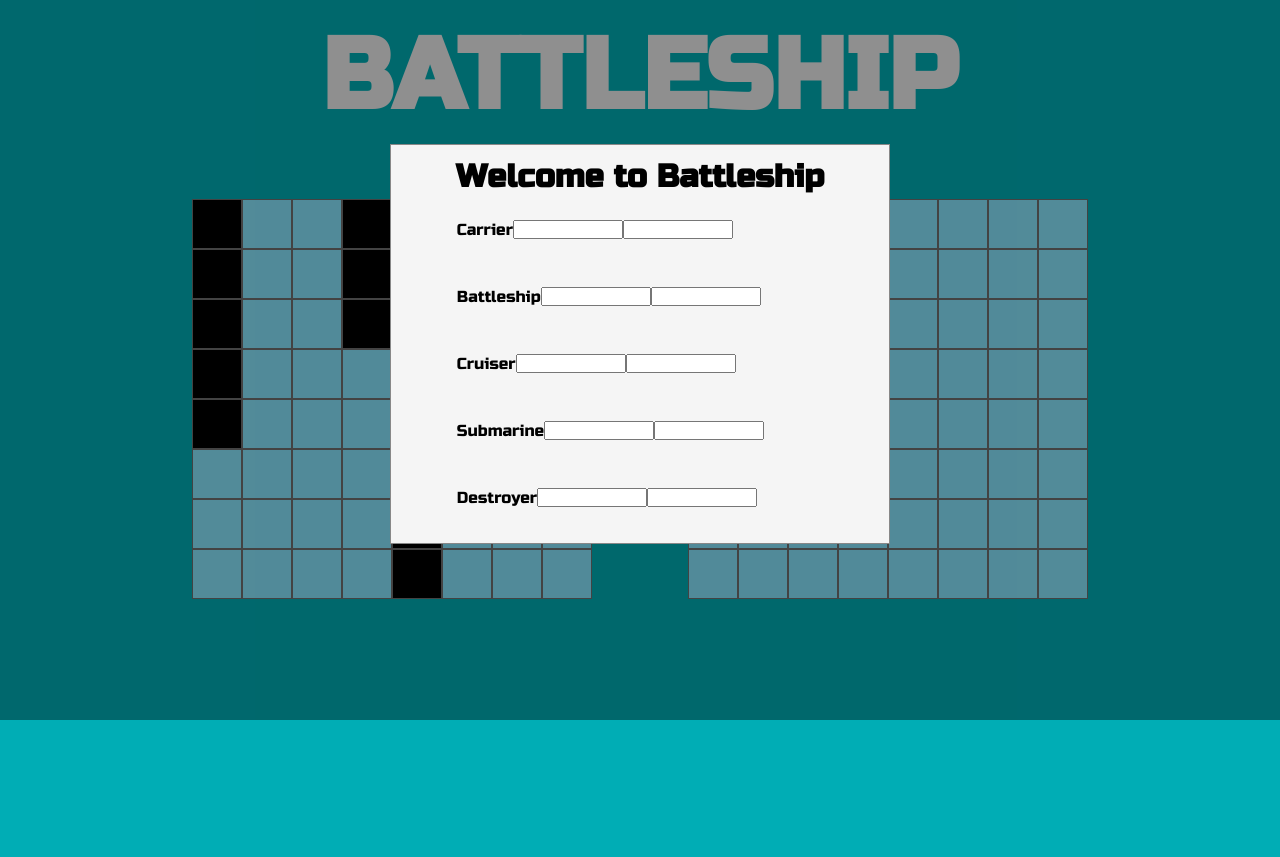
Repository: AzharMoosa/battleship
Page: /
These files come from the project's save history. The page is drawn as it stood at one moment and after the next save; the edit follows.
The browser window is 1280 px wide. The pictures show the whole page.
The project was rebuilt for these pictures with package versions that can differ from the ones it lists, and the page was loaded fresh each time.

Above is the page before, as saved 2020-07-09 10:13:30.

After the next save:
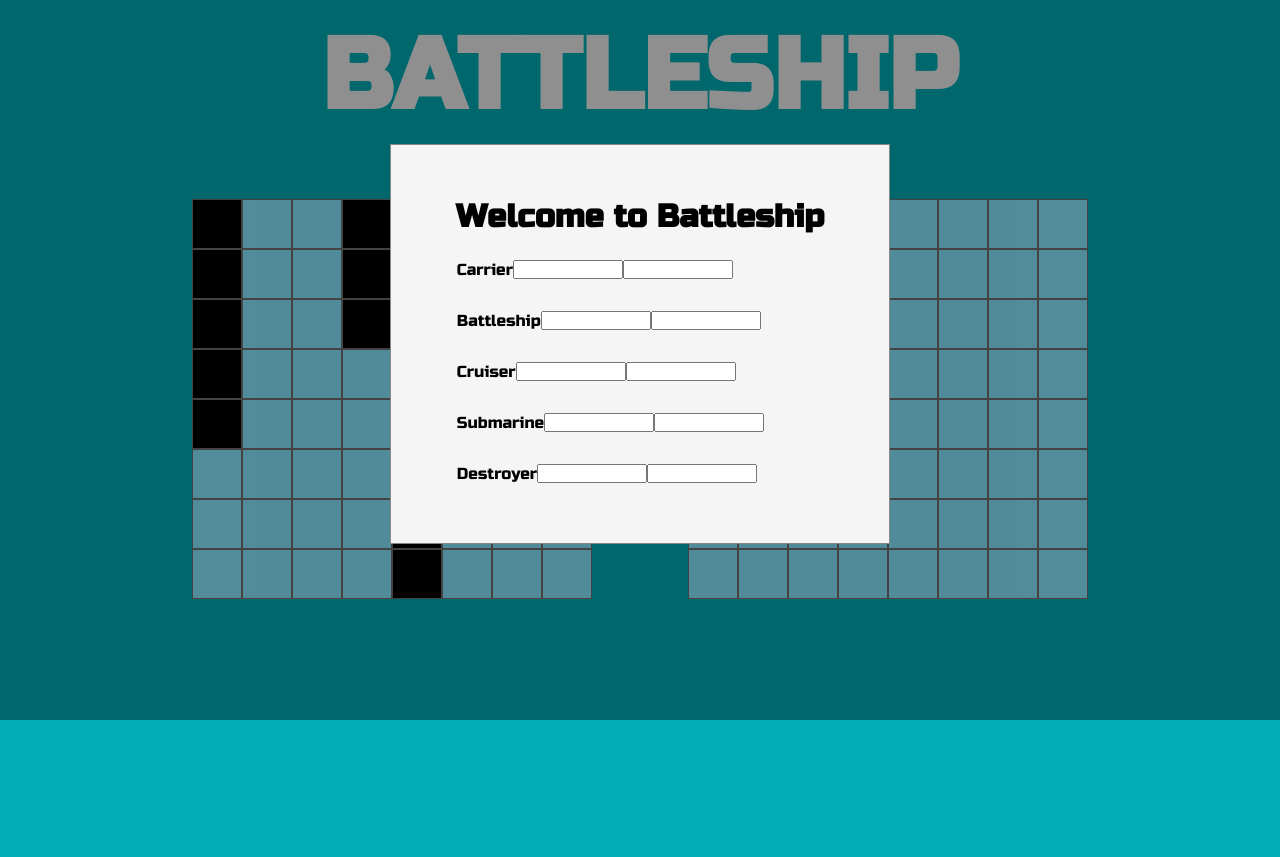
Saved 9 s later.
--- a/src/App.css
+++ b/src/App.css
@@ -124,7 +124,7 @@ body {
   display: flex;
   align-items: center;
   width: 80%;
-  margin: 1rem 0.5rem;
+  margin-top: 1rem;
 }
 
 .coord-input {
